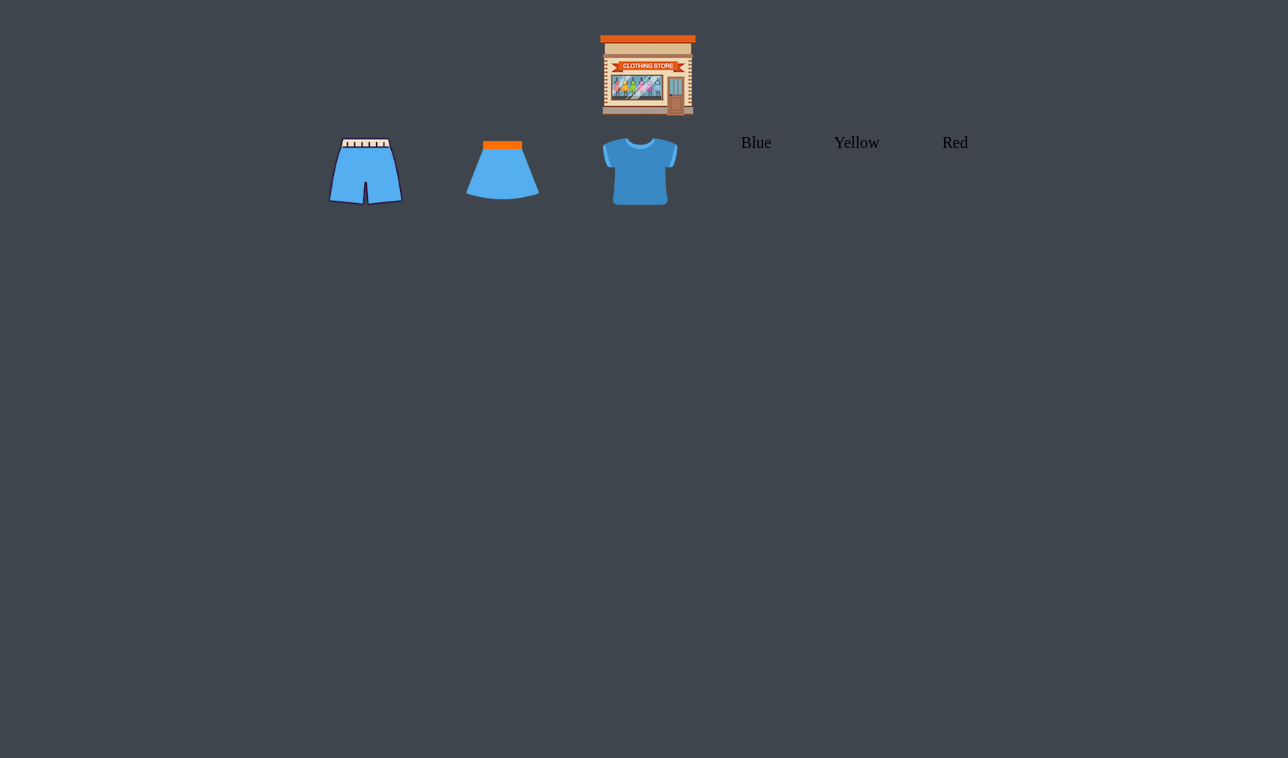
Repository: Jay-JYKim91/elle-shopping-mall
Page: index.html
These files come from the project's save history. The page is drawn as it stood at one moment and after the next save; the edit follows.
The browser window is 1280 px wide. The page is 1288 px wide, so the pictures cover 1288 px, including what lies to the right of the window. The pictures show the whole page.

Above is the page before, as saved 2021-07-26 19:30:41.

After the next save:
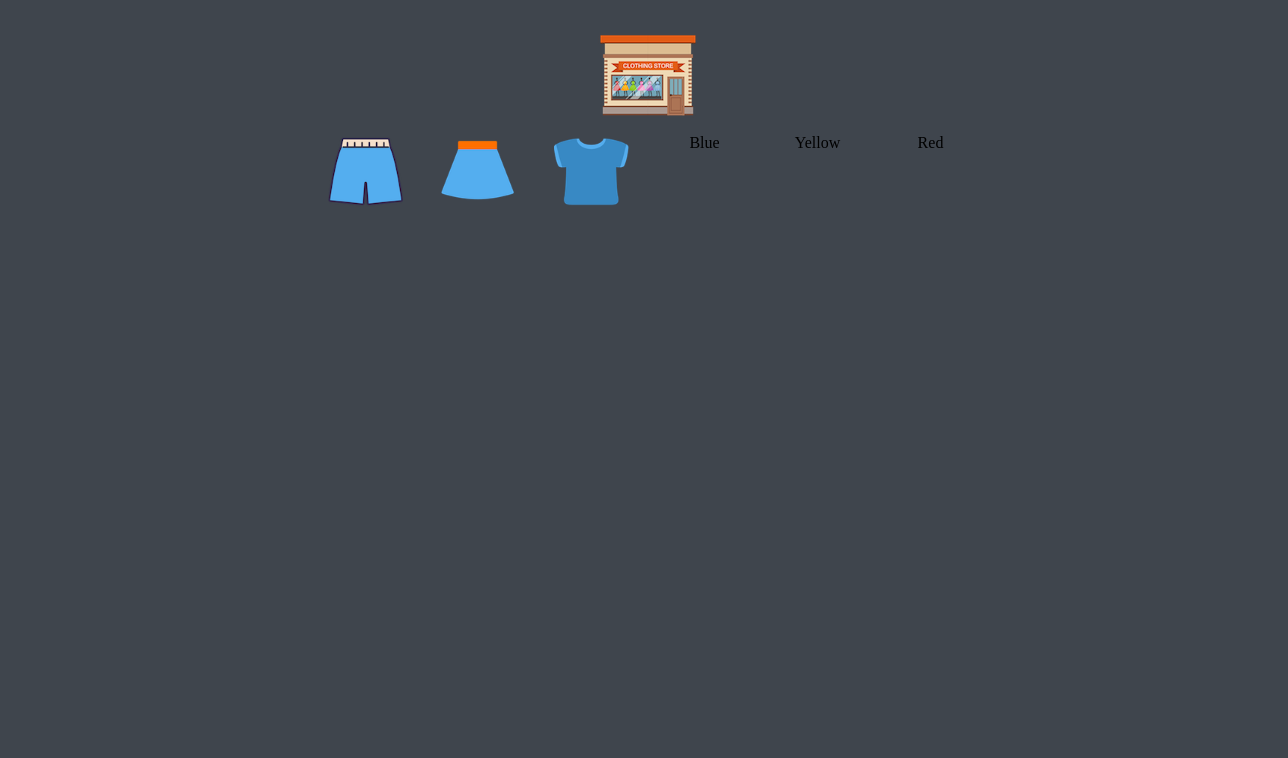
Saved 8 s later.
--- a/style.css
+++ b/style.css
@@ -31,4 +31,6 @@ body {
   height: 75px;
 }
 .color-box {
+  width: 75px;
+  height: 75px;
 }
